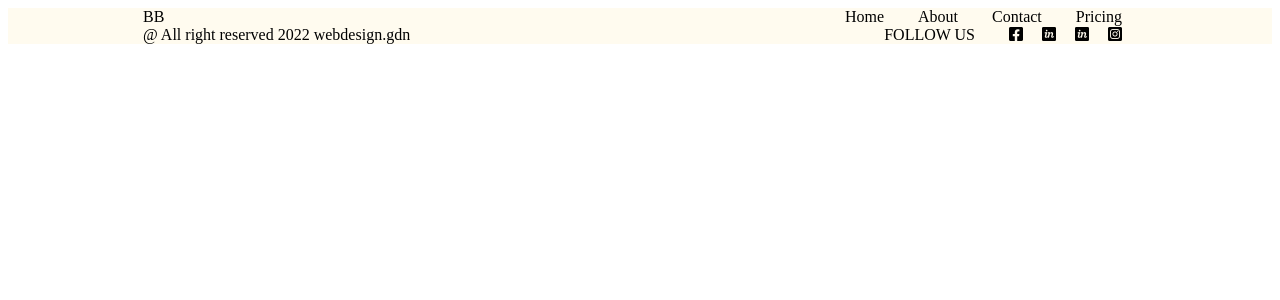
Repository: ngocphuocha/4lifeteam-marketing-agency
Page: index.html
The author's editor kept a copy of each file at every save. The page is drawn from the files as they stood at one save, then again after the next save.
The browser window is 1280 px wide. The pictures show the whole page.

Above is the page before, as saved 2023-03-13 16:14:02.

### index.html
<!DOCTYPE html>
<html lang="en">
  <head>
    <meta charset="UTF-8" />
    <meta http-equiv="X-UA-Compatible" content="IE=edge" />
    <meta name="viewport" content="width=device-width, initial-scale=1.0" />
    <title>Landing page</title>
    <!-- hoang nhi css -->
    <link rel="stylesheet" href="css/footer-service.css" />
    <link rel="stylesheet" href="https://use.fontawesome.com/releases/v5.15.4/css/all.css" integrity="sha384-DyZ88mC6Up2uqS4h/KRgHuoeGwBcD4Ng9SiP4dIRy0EXTlnuz47vAwmeGwVChigm" crossorigin="anonymous"/>
  </head>
  <body>
    <!-- Our service (Hoang nhi) -->

    <!--  our service (hoang nhi) -->
  </body>


    <div class="background-footer">
          <div class="container">
            <div class="footer-left">
              <span>BB</span>
            </div>
            <div class="footer-right">
              <span>Home</span>
              <span>About</span>
              <span>Contact</span>
              <span>Pricing</span>
            </div>
          </div>
          <div class="footer">
            <div class="text-left">
              <span>@ All right reserved 2022 webdesign.gdn</span>
            </div>
            <div class="text-right">
              <span>FOLLOW US</span>
              <i class="fab fa-facebook-square"></i>
              <i class="fab fa-invision"></i>
              <i class="fab fa-invision"></i>
              <i class="fab fa-instagram-square"></i>
            </div>
          </div>
          <!-- <div class="list-left">
            <a>dsadsa</a>
          </div>
          <div class="list-right">
            <ul>
              <li>
                <a>Home</a>
              </li>
              <li>
                <a>About</a>
              </li>
              <li>
                <a>Contact</a>
              </li>
              <li>
                <a>Pricing</a>
              </li>
            </ul>
          </div>
          <div class="navbar">
            <a style="color: white;">dsadsa</a>
          </div>
          <div class="footer-text">
            <a>@ All right reserved 2022 webdesign.gdn</a>
          </div>
          <div class="footer-icons">
            <ul>
              <li>
                <a>FOLLOW US</a>
              </li>
              <li>
                <i class="fab fa-facebook-square"></i>
              </li>
              <li>
                <i class="fab fa-invision"></i>

              </li>
              <li>
                <i class="fab fa-twitter-square"></i>
              </li>
              <li>
                <i class="fab fa-instagram-square"></i>
              </li>

            </ul>
          </div> -->

    </div>
</html>

### css/footer-service.css
/*

.background-footer{
    width: 100%;
    background: #FFFBEF;
}

.background-footer .footer-text{
    margin-left: 135px;
}



.background-footer .list-right{
   float: right;
}

.background-footer .list-right ul{
   display: flex;
   list-style: none;
   margin-right: 135px;
 }
 .background-footer .list-right ul li{
    padding-left: 30px;
  }

  .background-footer .navbar{
    float: left;
    border-bottom: 2px solid rgba(5, 5, 5, 0.938);
    width: 1250px;
    margin-left: 135px;
    margin-right: 135px;
 }
 .background-footer .footer-text{
    float: left;
    padding-top: 34px;
 }

 .background-footer .footer-icons{
    float: right;
    padding-top: 34px;
 }

 .background-footer .footer-icons ul{
    display: flex;
    list-style: none;
    margin-right: 135px;
 }
 .background-footer .footer-icons ul li{
    padding-left: 12px;

 }
 .background-footer .footer-icons ul li a{
    text-decoration: none;
 }



  */


  .background-footer{
    background: #FFFBEF;
  }

  .background-footer .container{
    display: flex;
    justify-content: space-between;
    align-items: center;
    padding: 0px 135px;
  }

  .background-footer .container .left{

  }

  .background-footer .container .footer-right span{
    padding: 0px 15px;
  }

  .background-footer .footer{
    display: flex;
    align-items: center;
    justify-content: space-between;
    padding: 0px 135px;
  }

  .background-footer .footer .text-right{
    padding-right: 15px;
  }
  .background-footer .footer .text-right span{
    padding: 0px 15px;
  }
  .background-footer .footer .text-right i{
    padding-left: 15px;
  }

After the next save:
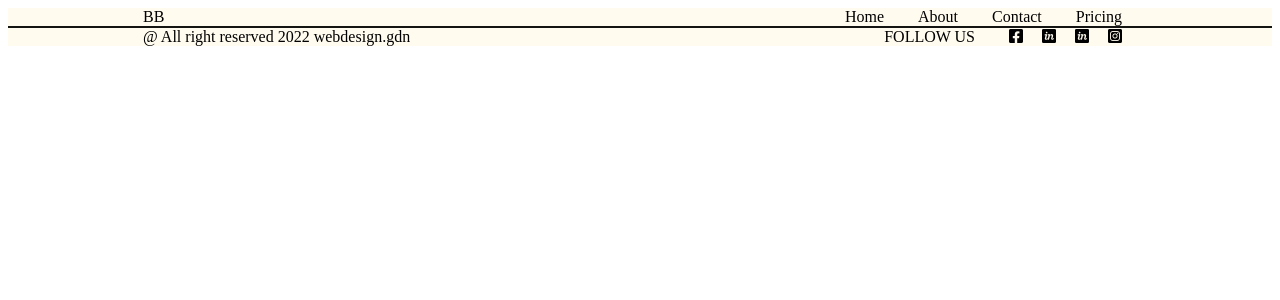
Saved 104 s later.
--- a/css/footer-service.css
+++ b/css/footer-service.css
@@ -68,6 +68,7 @@
     justify-content: space-between;
     align-items: center;
     padding: 0px 135px;
+    border-bottom: 2px solid rgba(5, 5, 5, 0.938);
   }
 
   .background-footer .container .left{
